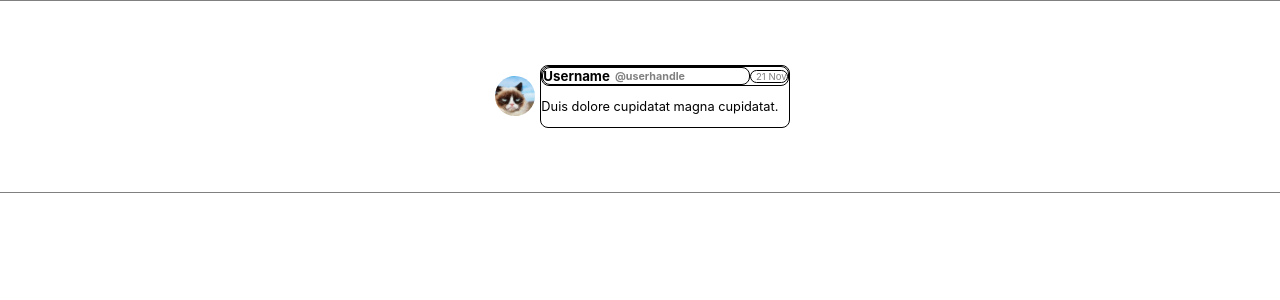
Repository: SeanHLam/comp_orange_client
Page: /comps/tweet (app in orangeapp/)
These files come from the project's save history. The page is drawn as it stood at one moment and after the next save; the edit follows.
The browser window is 1280 px wide. The pictures show the whole page.
The project was rebuilt for these pictures with package versions that can differ from the ones it lists, and the page was loaded fresh each time. The framework's server and built-in components were replaced by stand-ins that run in the browser. Also part of the build but not shown: orangeapp/next.config.js.

Above is the page before, as saved 2022-11-21 15:52:15.

### orangeapp/pages/comps/tweet.js
import React from 'react'
import { FlexBox } from '../../styles/globals'
import { Avatar, Button, Grid } from '@mui/material'

export default function TweetComp() {
  return (
    <FlexBox
        style={{
            width: '100%',
            borderRadius: 0,
            border: 'solid grey .5px',
            borderRightWidth: 0,
            borderLeftWidth:0
        }}
    >
{/* Avatar Area */}
      <Grid item xs={2}>
        <Avatar
            style={{
                marginRight: 0
            }}
            src='/static/grumpycat.jpeg'></Avatar>
      </Grid>
{/* username, handle, date and tweet area */}
      <Grid item xs={10}>
        <FlexBox dir='column'
            style={{
                width: '100%',
                padding: 0,
                marginLeft: 5
            }}>
            <FlexBox
                style={{
                    width: '100%',
                    padding: 0,
                    justifyContent: 'flex-start'
                }}>
{/* Div for username, handle and date */}
                <FlexBox
                 style={{
                    width: '100%',
                    padding: 0,
                    justifyContent: 'flex-start'
                }}
                >
                {/* Username */}
                <h5
                    style={{
                        padding:0,
                        margin: 0
                    }}
                >Username</h5>
                {/* Userhandle */}
                <h6
                 style={{
                    padding:0,
                    margin: 0,
                    marginLeft: 5,
                    color: 'grey'
                }}>@userhandle</h6>
                <Button></Button>
                </FlexBox>
                <FlexBox
                     style={{
                        width: '100%',
                        padding: 0,
                        justifyContent: 'flex-end'
                    }}
                >
                     {/* Date */}
                    <p
                    style={{
                        padding:0,
                        margin: 0,
                        fontSize: '.6em',
                        color: 'grey',
                    }}>21 Nov</p>
                </FlexBox>
            </FlexBox>
            <p
                style={{
                    fontSize: '.8em',
                    alignSelf: 'flex-start',
                }}
            >Duis dolore cupidatat magna cupidatat.</p>
        </FlexBox>
      </Grid>
    </FlexBox>
  )
}

### orangeapp/styles/globals.js
import styled from 'styled-components';

// Reusuable Flexbox div
export const FlexBox = styled.div`
justify-content:center;
align-items:center;
border-radius: .5em;
display:flex;
flex-direction:${props=>props.dir || "row"};
background-color:${props=>props.color || "white"};
color: black;
opacity: 1;
padding: 5%;
border: 1px solid black;
`

// Reusuable Wrapper for all the pages
export const Wrapper = styled.div`
width:80%;
height:100%;
display:flex;
justify-content:center;
align-items:flex-start;
padding: 5%;
background-color: #F8C8A0;
`
// Reusuable Background for all the pages
export const BackGround = styled.div`
width:100vw;
height:100vh;
display:flex;
justify-content:center;
align-items:center;
background-color:#f4a261;
`

Loaded but not shown: orangeapp/pages/_app.js (common file); orangeapp/styles/globals.css (common file)

After the next save:
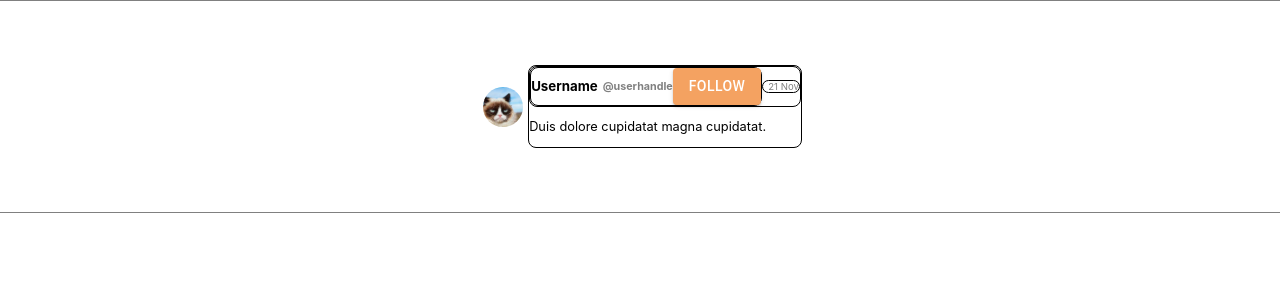
Saved 59 s later.
--- a/orangeapp/pages/comps/tweet.js
+++ b/orangeapp/pages/comps/tweet.js
@@ -58,7 +58,12 @@ export default function TweetComp() {
                     marginLeft: 5,
                     color: 'grey'
                 }}>@userhandle</h6>
-                <Button></Button>
+                <Button
+                    variant="contained"
+                    style={{
+                        backgroundColor: '#f4a261'
+                    }}
+                >Follow</Button>
                 </FlexBox>
                 <FlexBox
                      style={{
